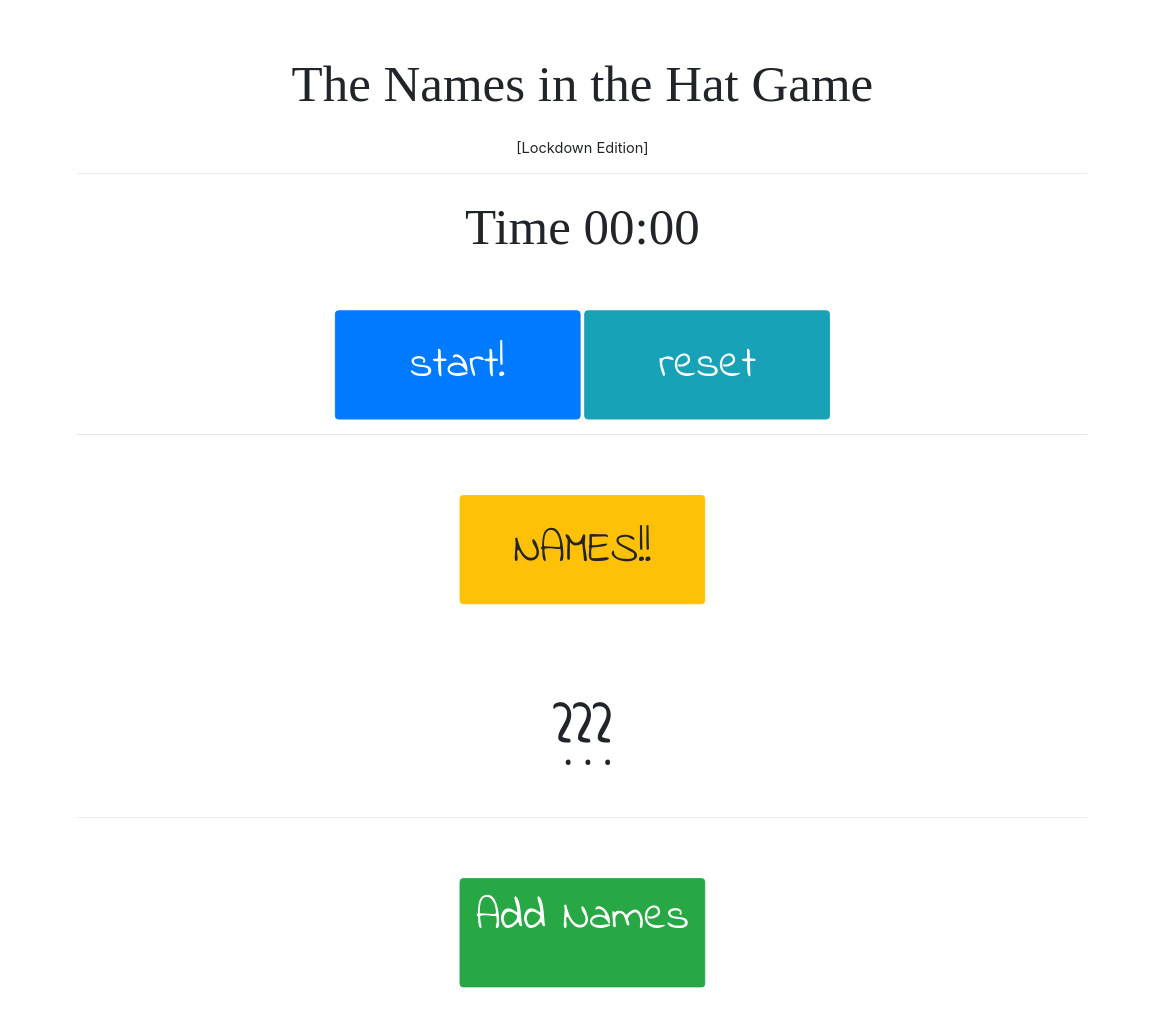
Repository: TaylorD1982/randomizer
Page: index.html
The author's editor kept a record of every edit. The page is drawn from the files as they stood at one moment, then again after the next edit.
The browser window is 1280 px wide. The pictures show the whole page, at 91% of full size.
Some web fonts or font styles are not loaded; a fallback is used. Some web libraries are served in a nearby version.

Above is the page before.
Console error: TypeError: Cannot read properties of null (reading 'addEventListener')

After the next edit:
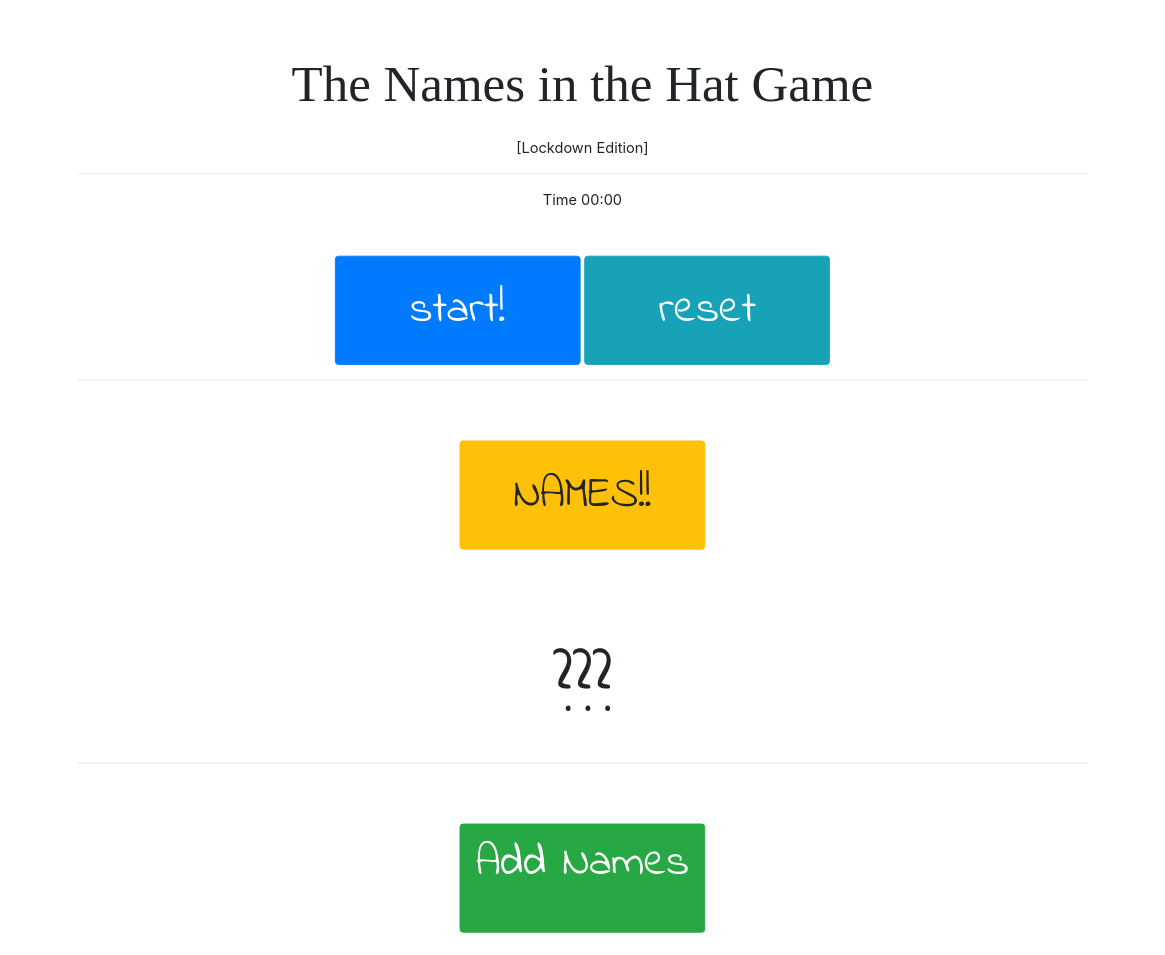
The edit:
--- a/index.html
+++ b/index.html
@@ -22,7 +22,7 @@
                     <P class="lock">[Lockdown Edition]</P>
                 </div>
                 <hr>
-                <div class="title">Time <span class="timer-view">00:00</span></div>
+                <div class="clock">Time <span class="timer-view">00:00</span></div>
                 <button class="start btn btn-primary">start!</button>
                 <button class="reset btn btn-info">reset</button>
                 <hr>
